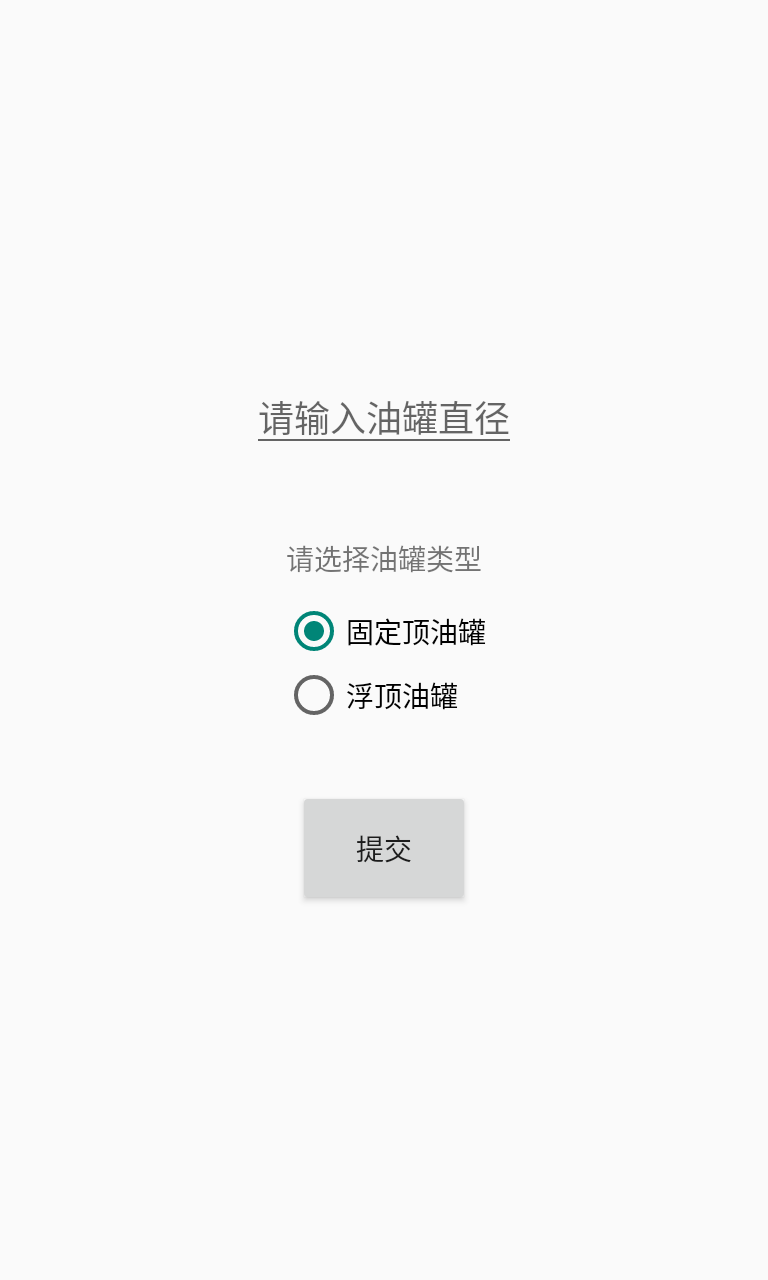
Repository: hohoTT/fireWork_handle_app
Layout: fireWork_handle_app/res/layout/olican_fire_water.xml
These files come from the project's save history. The layout is drawn as it stood at one moment and after the next save; the edit follows.
It is drawn on a 768 x 1280 px phone screen (xhdpi) without system bars, with theme AppTheme; the app's code is not run.

Above is the layout before, as saved 2016-03-02 12:27:50.

After the next save:
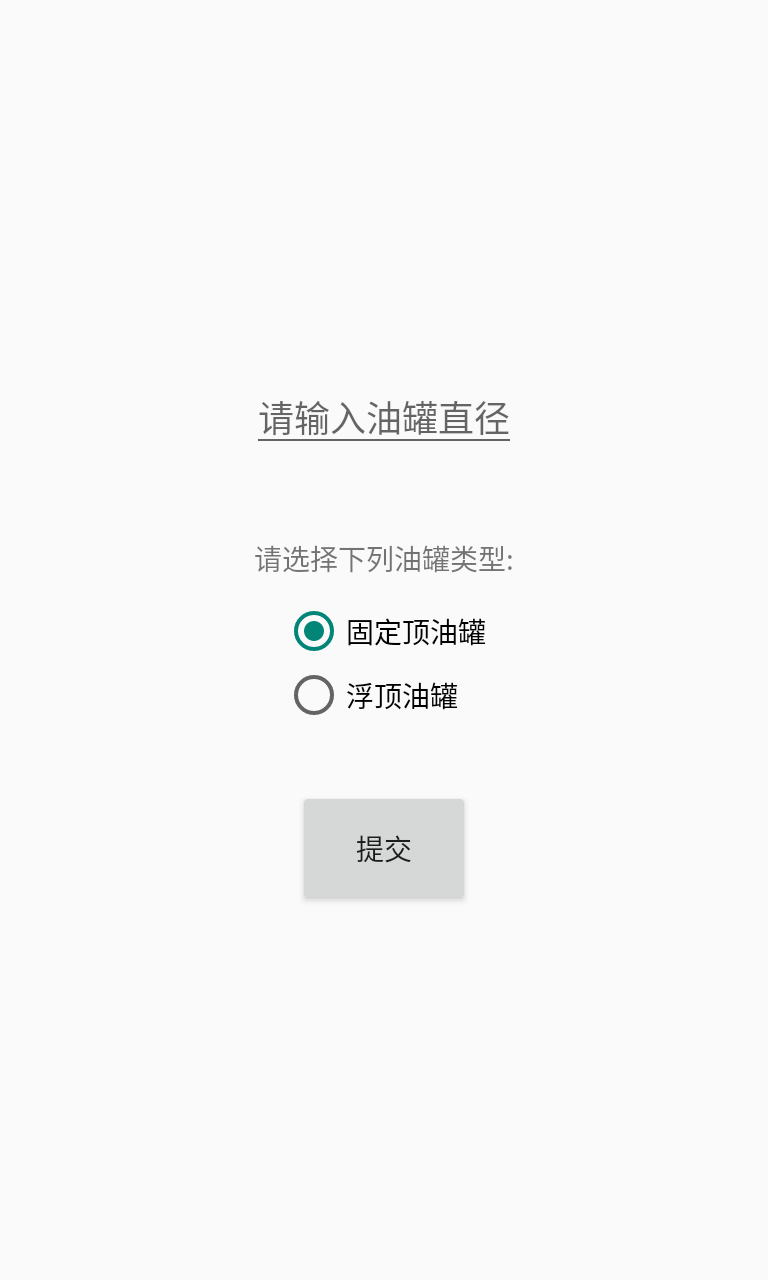
Saved 23 s later.
--- a/fireWork_handle_app/res/values/strings.xml
+++ b/fireWork_handle_app/res/values/strings.xml
@@ -16,7 +16,7 @@
     <string name="btu_oilcan_fire">油罐火灾计算</string>
     <string name="fire_area">请输入过火面积</string>
     <string name="olican_diameter">请输入油罐直径</string>
-    <string name="text_olican_type">请选择油罐类型</string>
+    <string name="text_olican_type">请选择下列油罐类型:</string>
     <string name="olican_type_fixed">固定顶油罐</string>
     <string name="olican_type_drift">浮顶油罐</string>
 
